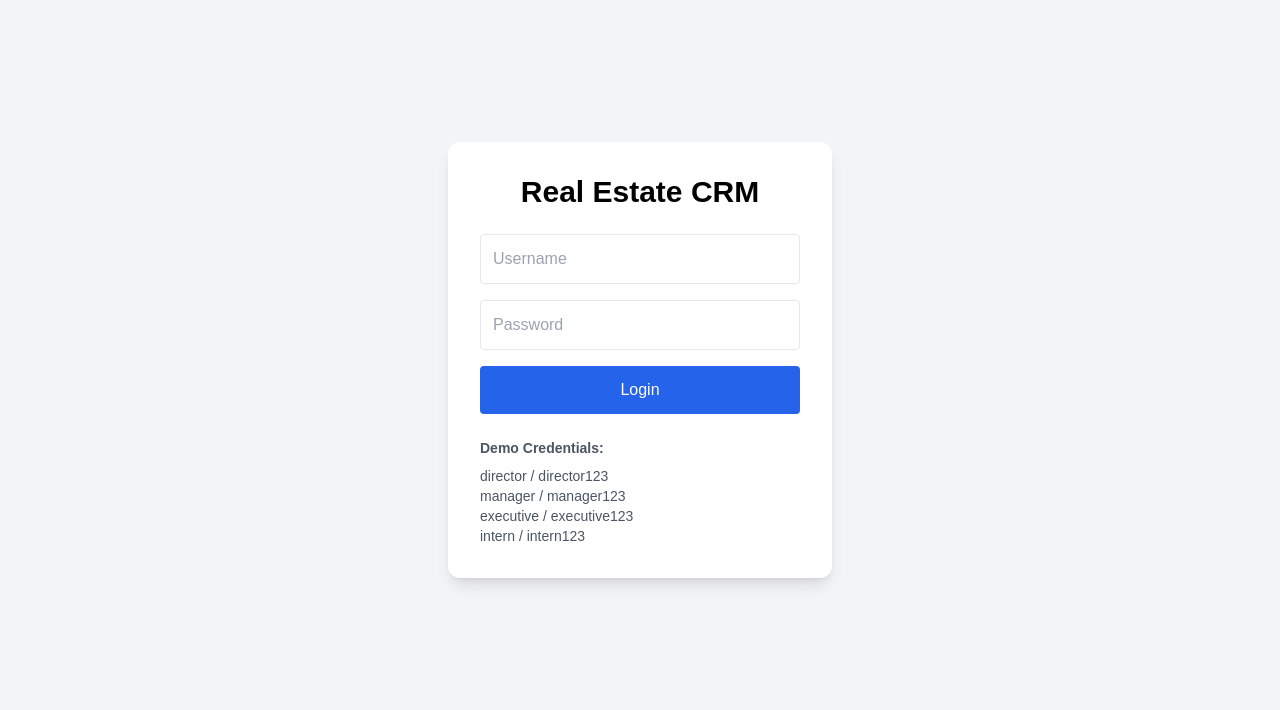
Repository: HarshitGujarathi/crm
Page: /
The author's editor kept a copy of each file at every save. The page is drawn from the files as they stood at one save, then again after a run of saves.
The browser window is 1280 px wide. The pictures show the whole page.
The project was rebuilt for these pictures with package versions that can differ from the ones it lists, and the page was loaded fresh each time. Also part of the build but not shown: vite.config.js, src/components/LeadCard.jsx, src/components/Dashboard.jsx.

Above is the page before, as saved 2026-05-24 11:43:04.

### index.html
<!DOCTYPE html>
<html lang="en">
<head>
  <meta charset="UTF-8" />
  <meta name="viewport" content="width=device-width, initial-scale=1.0" />
  <title>Real Estate CRM</title>
</head>
<body>
  <div id="root"></div>
  <script type="module" src="/src/main.jsx"></script>
</body>
</html>

### src/App.jsx
import { useState } from 'react'
import Login from './components/Login'
import Dashboard from './components/Dashboard'
import { initialLeads } from './data'

export default function App() {
  const [user, setUser] = useState(null)
  const [leads, setLeads] = useState(initialLeads)

  if (!user) {
    return <Login onLogin={setUser} />
  }

  return (
    <Dashboard
      user={user}
      leads={leads}
      setLeads={setLeads}
      logout={() => setUser(null)}
    />
  )
}

### src/index.css
@tailwind base;
@tailwind components;
@tailwind utilities;

body {
  margin: 0;
  font-family: Arial, sans-serif;
  background: #f3f4f6;
}

### src/components/Login.jsx
import { useState } from 'react'
import { users } from '../data'

export default function Login({ onLogin }) {
  const [username, setUsername] = useState('')
  const [password, setPassword] = useState('')
  const [error, setError] = useState('')

  const handleLogin = () => {
    const user = users.find(
      (u) => u.username === username && u.password === password
    )

    if (user) {
      onLogin(user)
    } else {
      setError('Invalid credentials')
    }
  }

  return (
    <div className="min-h-screen flex items-center justify-center bg-gray-100">
      <div className="bg-white p-8 rounded-xl shadow-lg w-96">
        <h1 className="text-3xl font-bold mb-6 text-center">
          Real Estate CRM
        </h1>

        <input
          type="text"
          placeholder="Username"
          className="w-full border p-3 rounded mb-4"
          value={username}
          onChange={(e) => setUsername(e.target.value)}
        />

        <input
          type="password"
          placeholder="Password"
          className="w-full border p-3 rounded mb-4"
          value={password}
          onChange={(e) => setPassword(e.target.value)}
        />

        <button
          onClick={handleLogin}
          className="w-full bg-blue-600 text-white py-3 rounded"
        >
          Login
        </button>

        {error && <p className="text-red-500 mt-3">{error}</p>}

        <div className="mt-6 text-sm text-gray-600">
          <p className="font-bold mb-2">Demo Credentials:</p>
          <p>director / director123</p>
          <p>manager / manager123</p>
          <p>executive / executive123</p>
          <p>intern / intern123</p>
        </div>
      </div>
    </div>
  )
}

### src/data.js
export const users = [
  {
    username: 'director',
    password: 'director123',
    role: 'Director',
  },
  {
    username: 'manager',
    password: 'manager123',
    role: 'Manager',
  },
  {
    username: 'executive',
    password: 'executive123',
    role: 'Executive',
  },
  {
    username: 'intern',
    password: 'intern123',
    role: 'Intern',
  },
]

export const initialLeads = []

Loaded but not shown: src/main.jsx (common file); tailwind.config.js (common file)

After the next 3 saves:
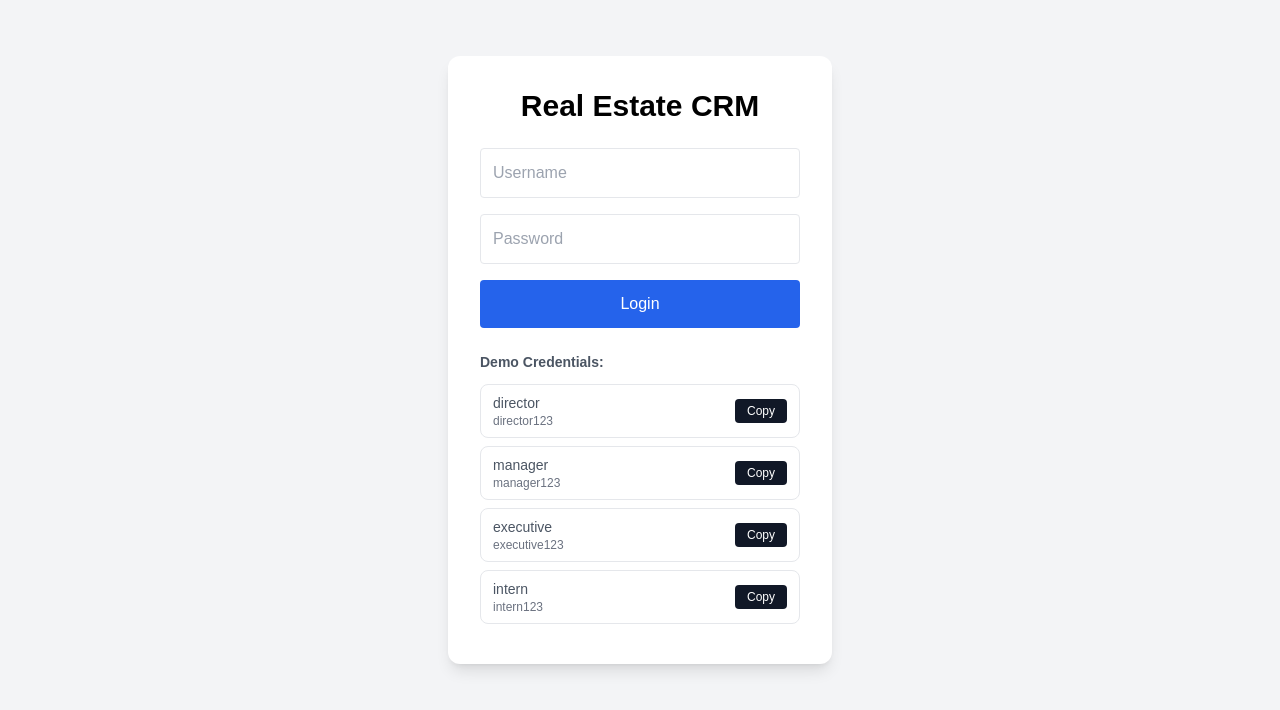
The 3 saves are shown as one change because 2 did not build or start.
The last was saved 11 h 54 min later.
--- a/src/components/Login.jsx
+++ b/src/components/Login.jsx
@@ -1,3 +1,4 @@
+
 import { useState } from 'react'
 import { users } from '../data'
 
@@ -5,6 +6,7 @@ export default function Login({ onLogin }) {
   const [username, setUsername] = useState('')
   const [password, setPassword] = useState('')
   const [error, setError] = useState('')
+  const [copiedUser, setCopiedUser] = useState('')
 
   const handleLogin = () => {
     const user = users.find(
@@ -15,6 +17,26 @@ export default function Login({ onLogin }) {
       onLogin(user)
     } else {
       setError('Invalid credentials')
+    }
+  }
+
+  const handleCopy = async (user) => {
+    const credentials = `Username: ${user.username}\nPassword: ${user.password}`
+
+    try {
+      await navigator.clipboard.writeText(credentials)
+
+      // Auto fill inputs
+      setUsername(user.username)
+      setPassword(user.password)
+
+      setCopiedUser(user.username)
+
+      setTimeout(() => {
+        setCopiedUser('')
+      }, 2000)
+    } catch (err) {
+      console.error('Copy failed', err)
     }
   }
 
@@ -43,7 +65,7 @@ export default function Login({ onLogin }) {
 
         <button
           onClick={handleLogin}
-          className="w-full bg-blue-600 text-white py-3 rounded"
+          className="w-full bg-blue-600 text-white py-3 rounded hover:bg-blue-700 transition"
         >
           Login
         </button>
@@ -51,11 +73,26 @@ export default function Login({ onLogin }) {
         {error && <p className="text-red-500 mt-3">{error}</p>}
 
         <div className="mt-6 text-sm text-gray-600">
-          <p className="font-bold mb-2">Demo Credentials:</p>
-          <p>director / director123</p>
-          <p>manager / manager123</p>
-          <p>executive / executive123</p>
-          <p>intern / intern123</p>
+          <p className="font-bold mb-3">Demo Credentials:</p>
+
+          {users.map((user) => (
+            <div
+              key={user.username}
+              className="flex items-center justify-between border rounded-lg px-3 py-2 mb-2"
+            >
+              <div>
+                <p className="font-medium">{user.username}</p>
+                <p className="text-xs text-gray-500">{user.password}</p>
+              </div>
+
+              <button
+                onClick={() => handleCopy(user)}
+                className="bg-gray-900 text-white px-3 py-1 rounded text-xs hover:bg-black transition"
+              >
+                {copiedUser === user.username ? 'Copied!' : 'Copy'}
+              </button>
+            </div>
+          ))}
         </div>
       </div>
     </div>
